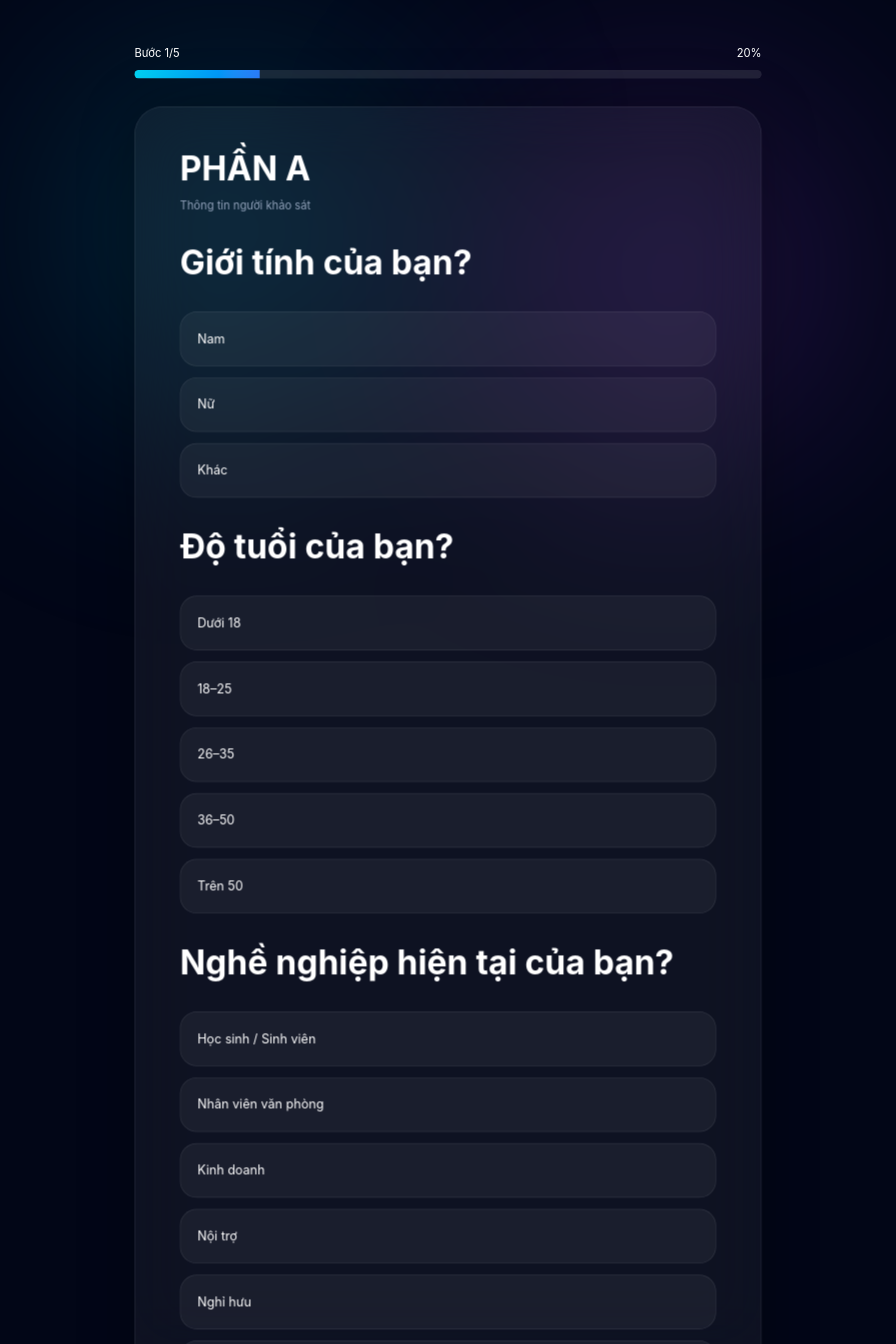
Repository: LuongPTCE181311/smart-pillow-survey
Page: /survey (app in frontend/)
These files come from the project's save history. The page is drawn as it stood at one moment and after the next save; the edit follows.
The browser window is 1280 px wide. The pictures show the part of the page from y = 0 to 1920 px (the page is 3122 px tall), at 70% of full size.
The project was rebuilt for these pictures with package versions that can differ from the ones it lists, and the page was loaded fresh each time. Also part of the build but not shown: frontend/vite.config.js, frontend/src/components/Navbar.jsx, frontend/src/components/AnimatedBackground.jsx, frontend/src/components/ProductShowcase.jsx, frontend/src/components/HeroSection.jsx, frontend/src/components/VideoSection.jsx, frontend/src/components/ProblemSection.jsx, frontend/src/components/SolutionSection.jsx and 2 more. Imported but missing from the stored project, and not drawn on this page: frontend/src/assets/video.mp4.

Above is the page before, as saved 2026-06-03 19:40:12.

After the next save:
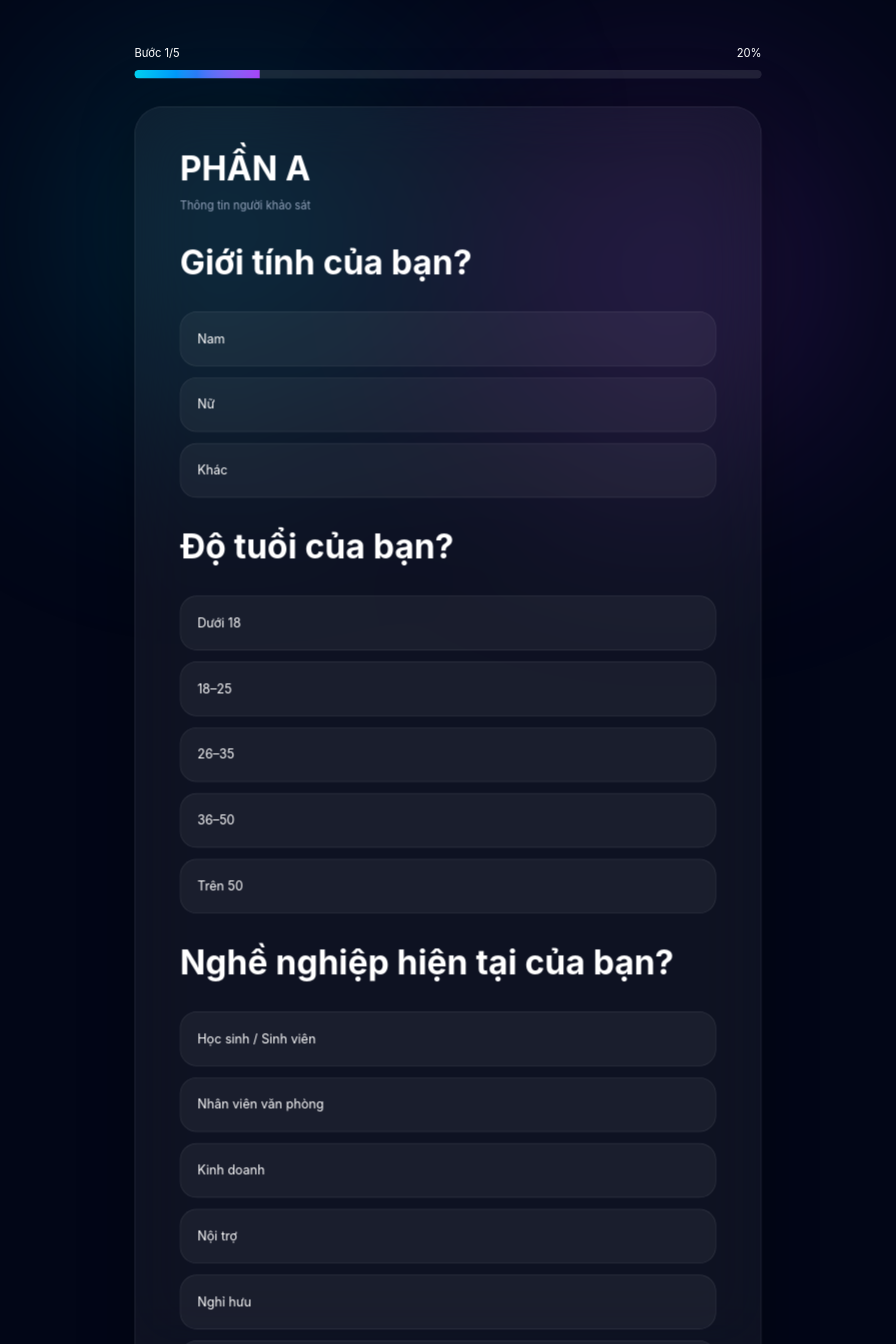
Saved 38 s later.
--- a/frontend/src/components/ProgressBar.jsx
+++ b/frontend/src/components/ProgressBar.jsx
@@ -27,8 +27,9 @@ export default function ProgressBar({ currentStep, totalSteps }) {
           h-full
 
           bg-gradient-to-r
-          from-cyan-400
-          to-blue-500
+         from-cyan-400
+via-blue-500
+to-purple-500
 
           transition-all
           duration-500
